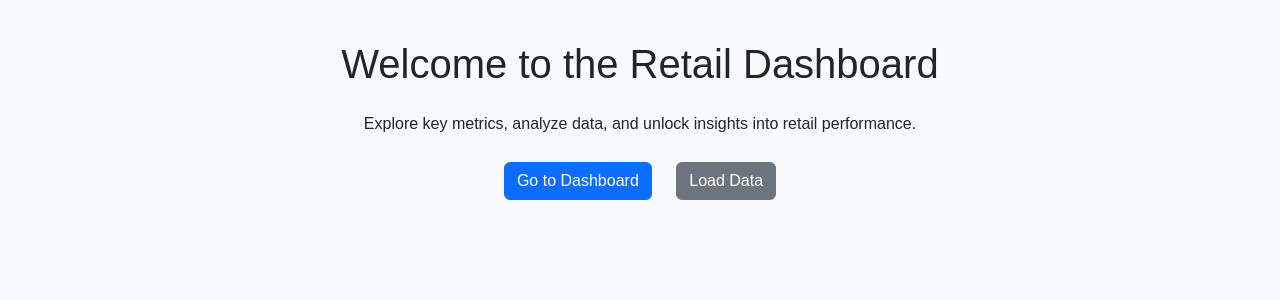
Repository: aya7abbal/CCProject
Page: templates/index.html
An editor plug-in stored every save of this project. The page is shown before and after the next save, followed by the edit.
The browser window is 1280 px wide. The pictures show the whole page.
The template is drawn by Flask 3. The application's start-up code is not run. Other server files are loaded and not shown. The template is opened directly, without the code that normally fills it, so the values that code supplies are empty.

Above is the page before, as saved 2024-12-09 10:03:56.

### templates/index.html
<!DOCTYPE html>
<html lang="en">
<head>
  <meta charset="UTF-8">
  <meta name="viewport" content="width=device-width, initial-scale=1.0">
  <title>Retail Dashboard</title>
  <!-- Bootstrap CSS for styling -->
  <link href="https://cdn.jsdelivr.net/npm/bootstrap@5.3.0-alpha3/dist/css/bootstrap.min.css" rel="stylesheet">
  <style>
    body {
      font-family: Arial, sans-serif;
      background-color: #f8f9fa;
      margin: 20px;
    }
    .container {
      max-width: 800px;
      margin: auto;
      padding: 20px;
      text-align: center;
    }
    .btn {
      margin: 10px;
    }
  </style>
</head>
<body>

  <div class="container">
    <h1 class="mb-4">Welcome to the Retail Dashboard</h1>
    <p>Explore key metrics, analyze data, and unlock insights into retail performance.</p>

    <!-- Navigation Buttons -->
    <div>
      <a href="/dashboard" class="btn btn-primary">Go to Dashboard</a>
      <a href="/load_data" class="btn btn-secondary">Load Data</a>
    </div>
  </div>

</body>
</html>

After the next save:
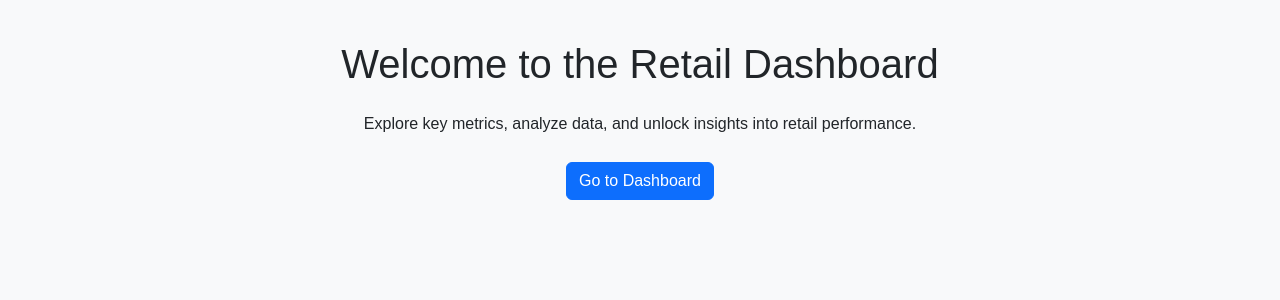
Saved 64 s later.
--- a/templates/index.html
+++ b/templates/index.html
@@ -32,7 +32,6 @@
     <!-- Navigation Buttons -->
     <div>
       <a href="/dashboard" class="btn btn-primary">Go to Dashboard</a>
-      <a href="/load_data" class="btn btn-secondary">Load Data</a>
     </div>
   </div>
 
